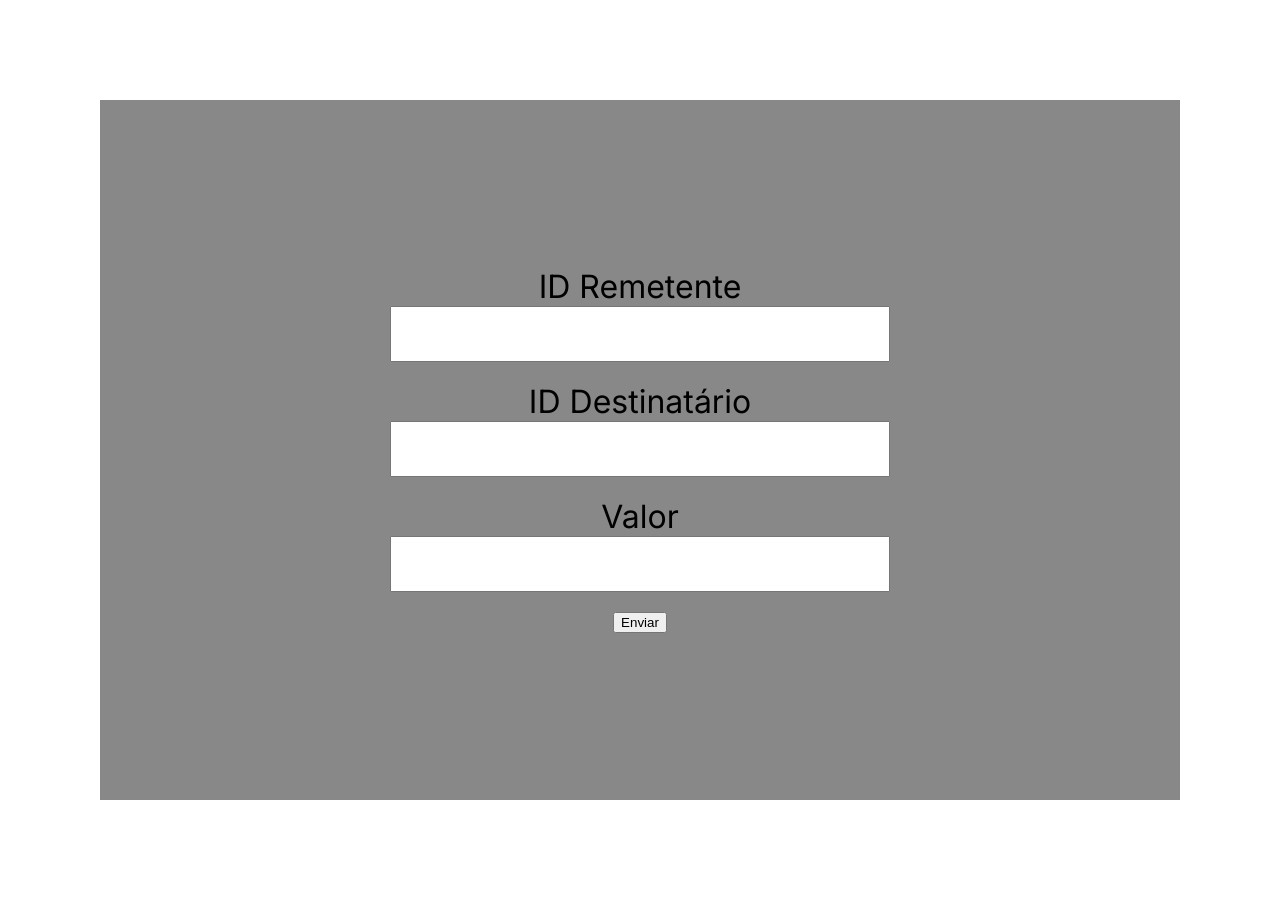
Repository: mateusilva8/tarefa-pix
Page: frontend/pix.html
An editor plug-in stored every save of this project. The page is shown before and after a run of saves, followed by the edit.
The browser window is 1280 px wide. The pictures show the whole page.

Above is the page before, as saved 2023-10-22 14:08:11.

After the next 2 saves:
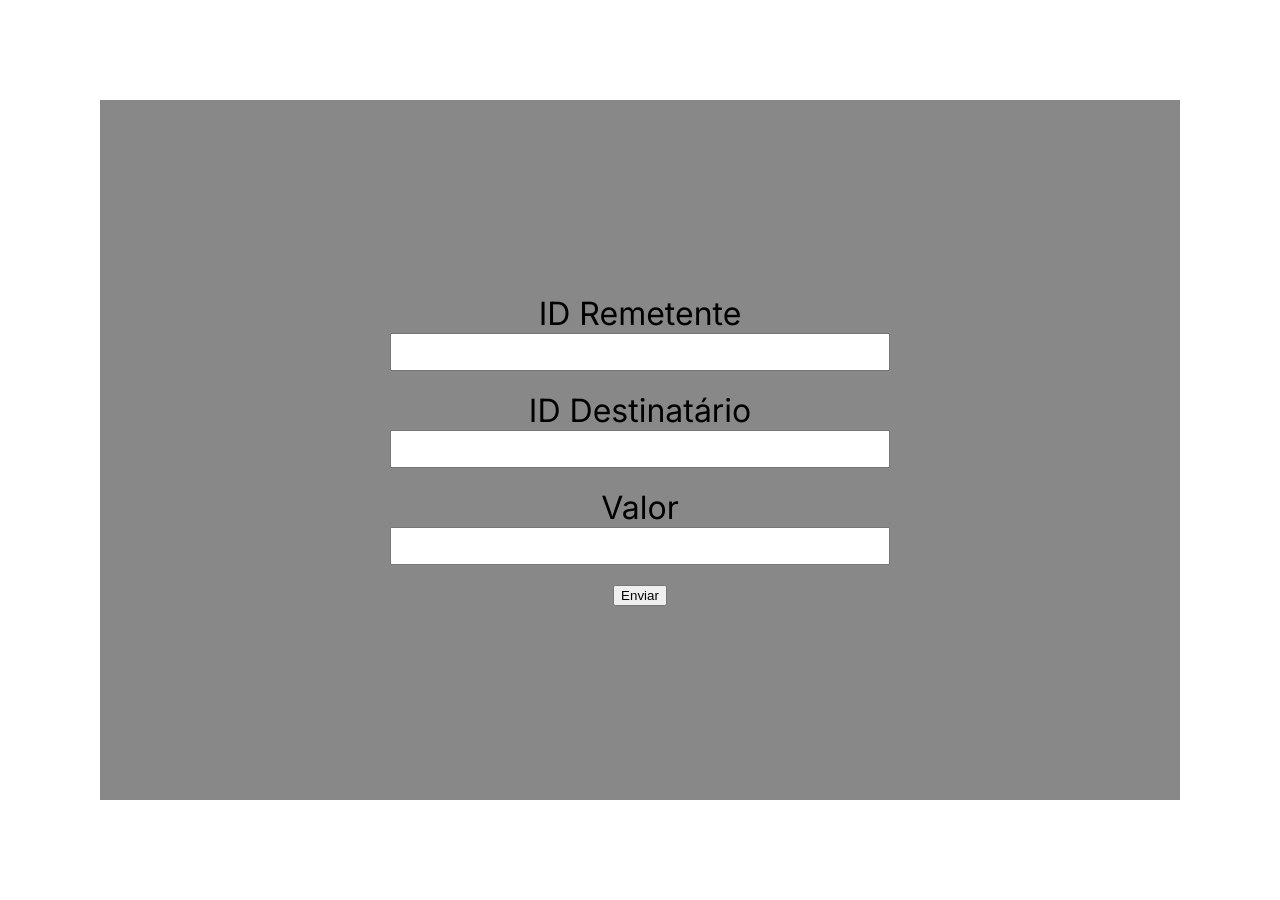
The 2 saves are shown as one change because they came seconds apart.
The last was saved 12 s later.
--- a/frontend/css/pix.css
+++ b/frontend/css/pix.css
@@ -37,5 +37,5 @@ body {
 }
 
 input {
-    height: 50px;
+    height: 2rem;
 }
